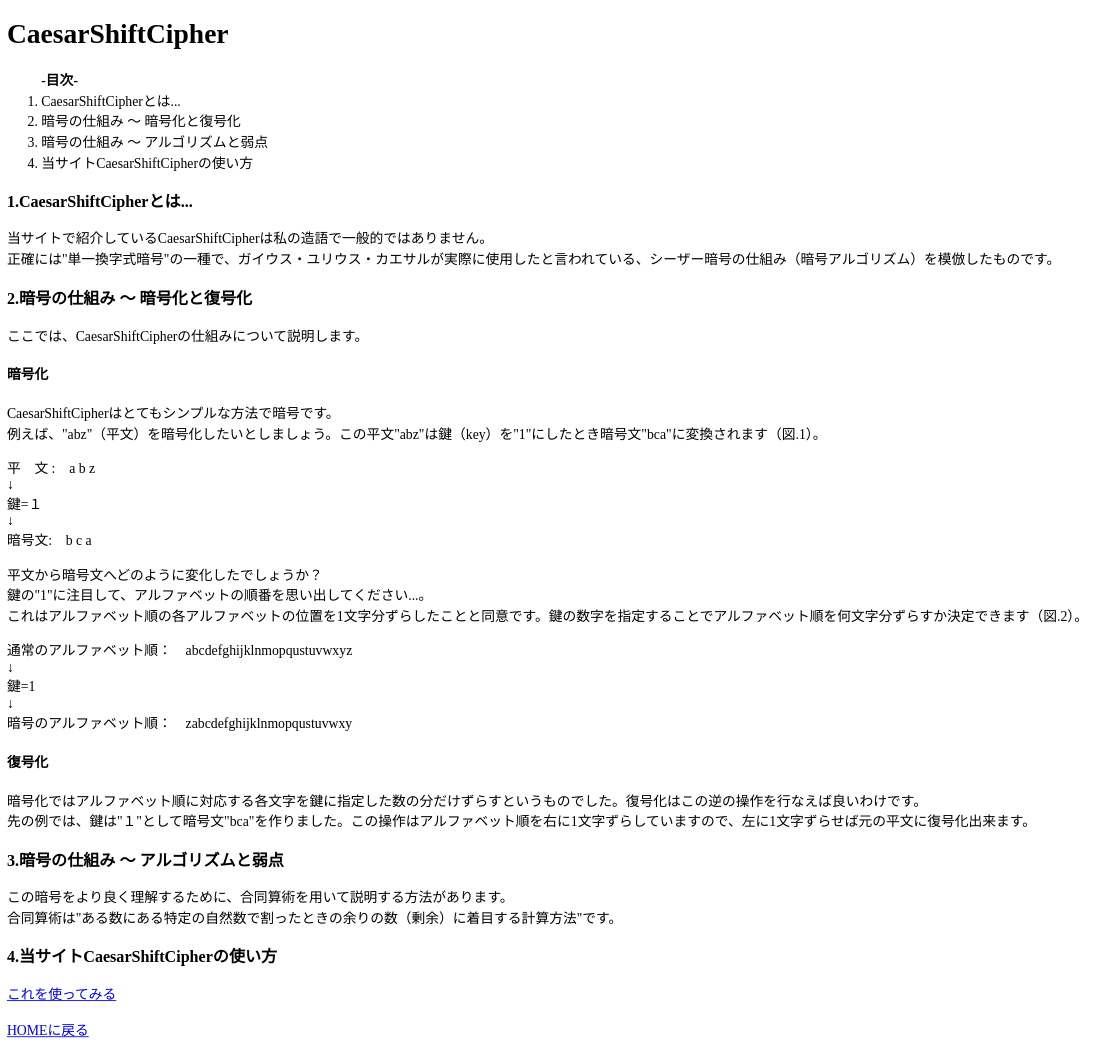
Repository: RantaWatari/TEST
Page: http://localhost/CipherProject/CipherMore?page=1
An editor plug-in stored every save of this project. The page is shown before and after the next save, followed by the edit.
The browser window is 1280 px wide. The pictures show the whole page, at 86% of full size.
The page is served by Tomcat 9.

Above is the page before, as saved 2017-07-25 06:41:08.

After the next save:
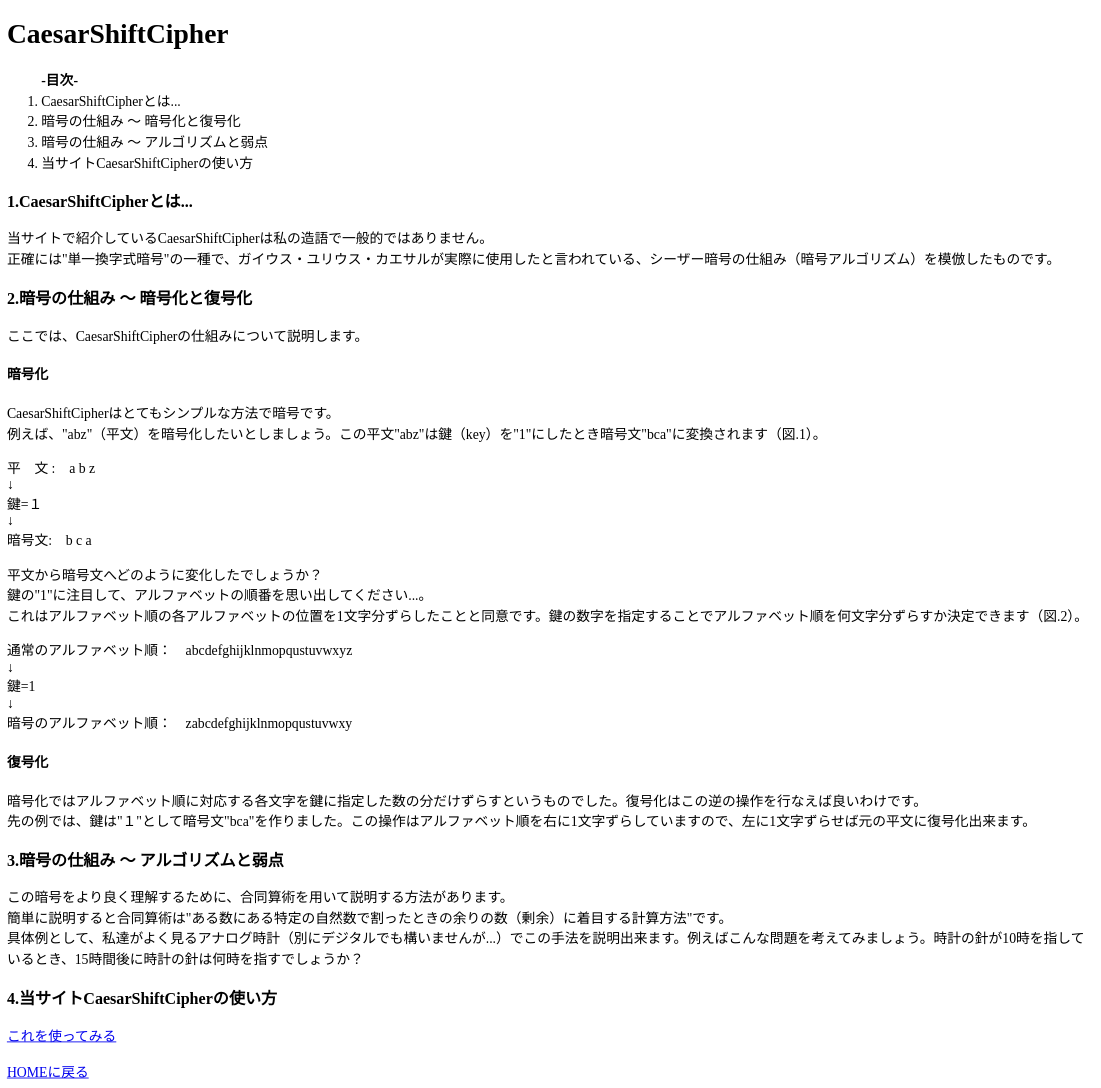
Saved 7 min 8 s later.
--- a/CipherProject/WebContent/WEB-INF/jsp/CaesarShiftCipher.jsp
+++ b/CipherProject/WebContent/WEB-INF/jsp/CaesarShiftCipher.jsp
@@ -33,7 +33,9 @@
 		<p>暗号化ではアルファベット順に対応する各文字を鍵に指定した数の分だけずらすというものでした。復号化はこの逆の操作を行なえば良いわけです。<br>
 			先の例では、鍵は"１"として暗号文"bca"を作りました。この操作はアルファベット順を右に1文字ずらしていますので、左に1文字ずらせば元の平文に復号化出来ます。</p>
 <h3>3.暗号の仕組み ～ アルゴリズムと弱点</h3>
-	<p>この暗号をより良く理解するために、合同算術を用いて説明する方法があります。<br>合同算術は"ある数にある特定の自然数で割ったときの余りの数（剰余）に着目する計算方法"です。</p>
+	<p>この暗号をより良く理解するために、合同算術を用いて説明する方法があります。<br>
+		簡単に説明すると合同算術は"ある数にある特定の自然数で割ったときの余りの数（剰余）に着目する計算方法"です。<br>
+		具体例として、私達がよく見るアナログ時計（別にデジタルでも構いませんが...）でこの手法を説明出来ます。例えばこんな問題を考えてみましょう。時計の針が10時を指しているとき、15時間後に時計の針は何時を指すでしょうか？</p>
 
 <h3>4.当サイトCaesarShiftCipherの使い方</h3>
 	<p></p>
